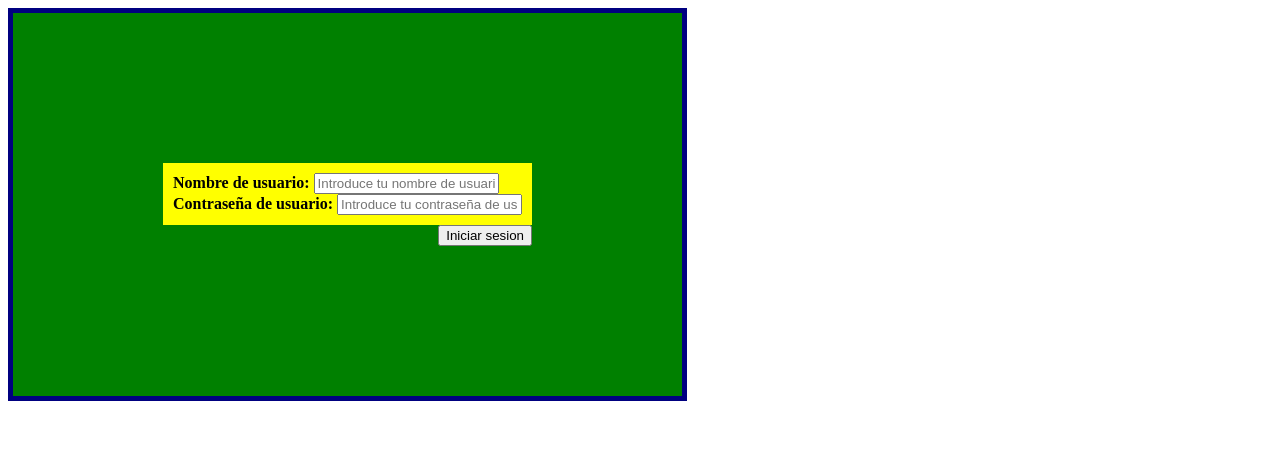
Repository: angegon/Developing-Applications-for-the-Java-EE-Platform
Page: javaee/08_ejemplo_fordward_login/WebContent/login.html
These files come from the project's save history. The page is drawn as it stood at one moment and after the next save; the edit follows.
The browser window is 1280 px wide. The pictures show the whole page.

Above is the page before, as saved 2016-12-21 16:01:30.

After the next save:
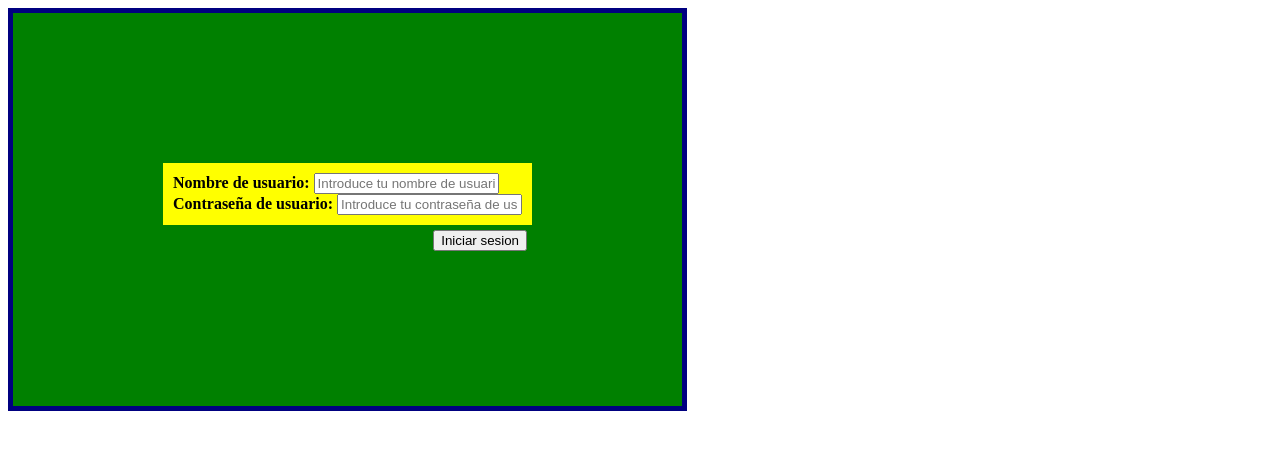
Saved 19 s later.
--- a/javaee/08_ejemplo_fordward_login/WebContent/login.html
+++ b/javaee/08_ejemplo_fordward_login/WebContent/login.html
@@ -16,7 +16,7 @@
 	</br>
 	</div>
 
-	<div style="float:right">
+	<div style="float:right; padding: 5px">
 	<input type="submit" value="Iniciar sesion"/>
 	</div>
 </div>
